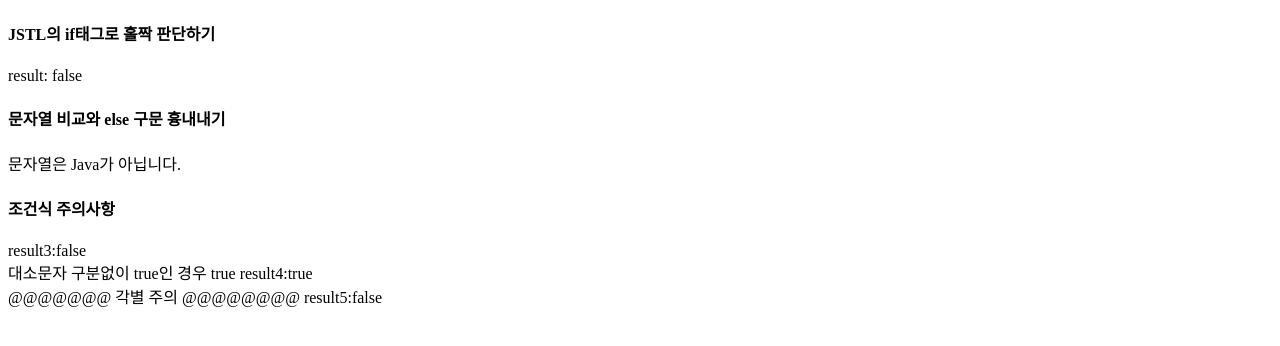
Repository: ssing365/JSPStudy
Page: http://localhost/JSPServlet/11JSTL/core/if.jsp
An editor plug-in stored every save of this project. The page is shown before and after the next save, followed by the edit.
The browser window is 1280 px wide. The pictures show the whole page.
The page is served by Tomcat 10. Other server files are loaded and not shown.

Above is the page before, as saved 2024-11-06 06:34:15.

### JSPServlet/src/main/webapp/11JSTL/core/if.jsp
<%@ page language="java" contentType="text/html; charset=UTF-8"
	pageEncoding="UTF-8"%>
<%@ taglib prefix="c" uri="jakarta.tags.core"%>
<!DOCTYPE html>
<html>
<head>
<meta charset="UTF-8">
<title>JSTL - if</title>
</head>
<body>
<!-- if 태그 : 조건을 확인해 실행여부 판단
속성
	test : EL을 이용해 조건식을 삽입한다.
	var : test속성에서 판단한 결과값을 저장한다.
-->
	<!-- 변수선언 -->
	<c:set var="number" value="101"></c:set>
	<c:set var="string" value="JSP"></c:set>

	<h4>JSTL의 if태그로 홀짝 판단하기</h4>
	<c:if test="${number mod 2 eq 0 }" var="result">
		${number} 는 짝수입니다.<br />
	</c:if>
	result: ${result }
	<br />

	<!--
	JSTL의 if태그는 else구문이 별도로 없으므로 if문과 반대의 조건을 만들어
	2개의 if태그를 사용해야한다. -->
	<h4>문자열 비교와 else 구문 흉내내기</h4>
	<c:if test="${string eq 'Java' }" var="result2"> 문자열은 Java입니다.</c:if>
	<c:if test="${not result2 }">
	문자열은 Java가 아닙니다. <br />
	</c:if>

	<h4>조건식 주의사항</h4>
	<c:if test="100" var="result3">EL이 아닌 정수를 지정하면 false</c:if>
	result3:${result3}
	<br />
	<c:if test="tRuE" var="result4">대소문자 구분없이 true인 경우 true</c:if>
	result4:${result4}
	<br />
	@@@@@@@ 각별 주의 @@@@@@@@
	<c:if test="${true} " var="result5">EL 양쪽에 공백 있는 경우 false</c:if>
	result5:${result5}
	<br />

</body>
</html>

After the next save:
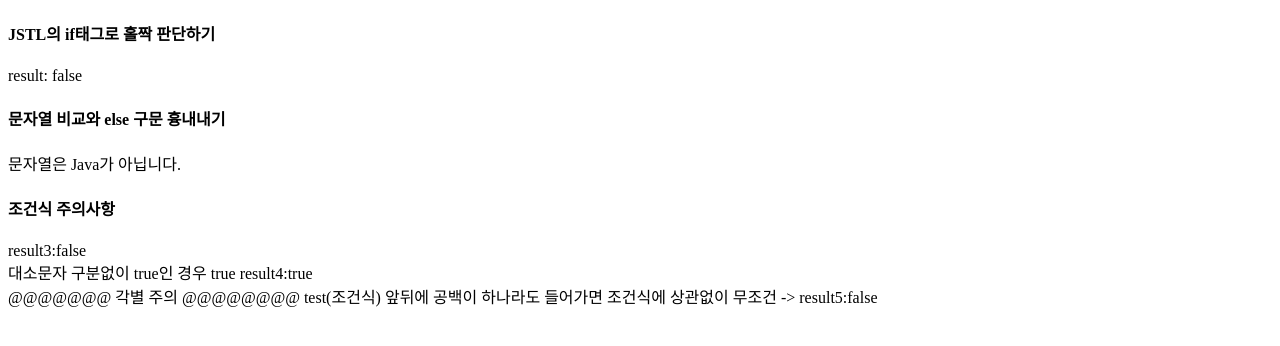
Saved 40 s later.
--- a/JSPServlet/src/main/webapp/11JSTL/core/if.jsp
+++ b/JSPServlet/src/main/webapp/11JSTL/core/if.jsp
@@ -41,6 +41,7 @@
 	result4:${result4}
 	<br />
 	@@@@@@@ 각별 주의 @@@@@@@@
+	test(조건식) 앞뒤에 공백이 하나라도 들어가면 조건식에 상관없이 무조건 ->
 	<c:if test="${true} " var="result5">EL 양쪽에 공백 있는 경우 false</c:if>
 	result5:${result5}
 	<br />
